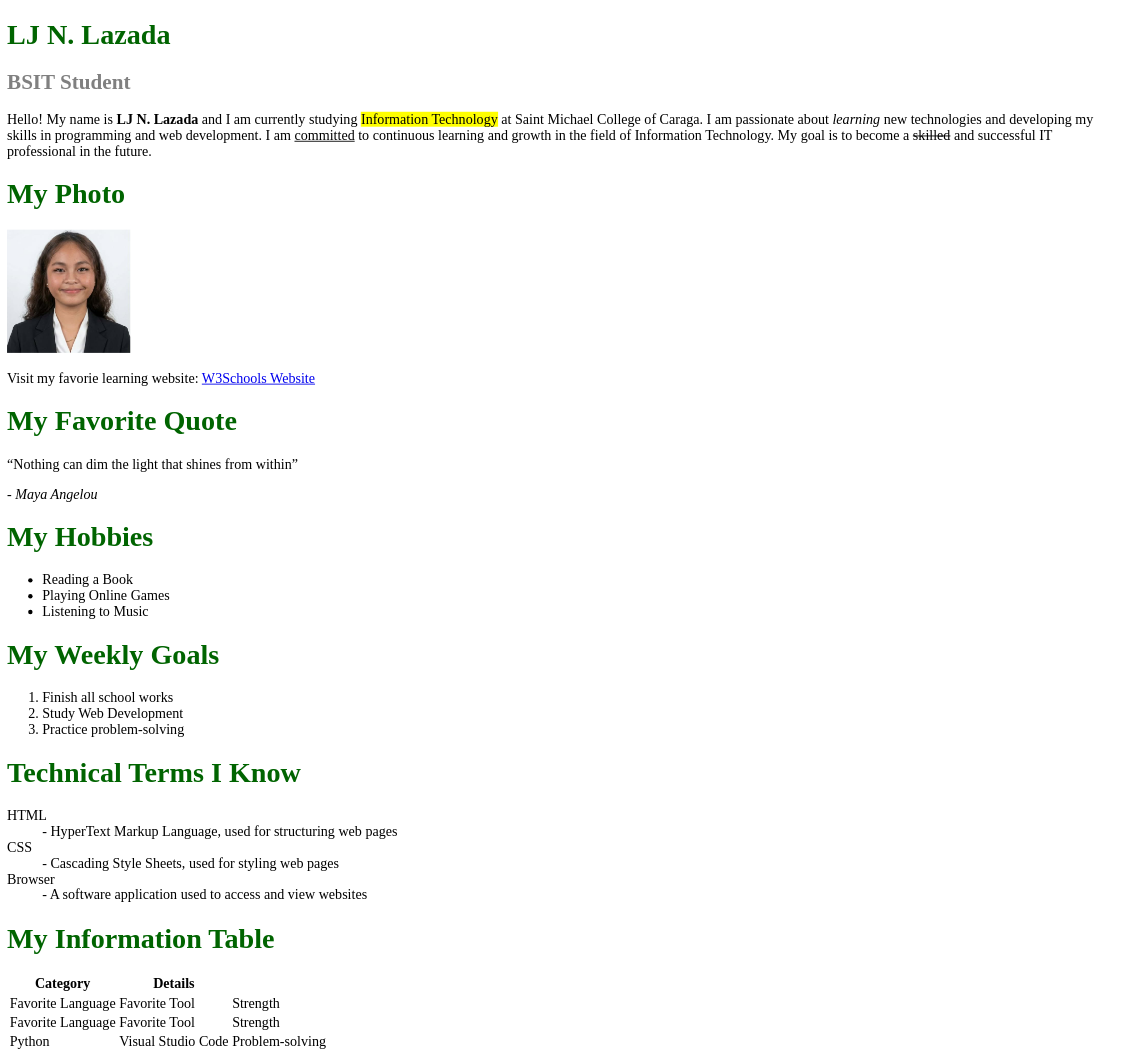
Repository: ljlazada11/myfirsthtml
Page: index.html
The author's editor kept a copy of each file at every save. The page is drawn from the files as they stood at one save, then again after the next save.
The browser window is 1280 px wide. The pictures show the whole page, at 88% of full size.

Above is the page before, as saved 2026-06-24 20:36:26.

### index.html
<!DOCTYPE html>
<html lang="en">
<head>
    <meta charset="UTF-8">
    <meta name="viewport" content="width=device-width, initial-scale=1.0">
    <title>My Personal Web Profile</title>
    <link rel="icon" type="image/x-icon" href="images.png">

</head>
<body>
    <h1 style="color:darkgreen;">LJ N. Lazada</h1>
    <h2 style="color:gray;">BSIT Student</h2>
    <p>Hello! My name is <strong>LJ N. Lazada</strong> and I am currently studying <mark>Information Technology</mark> at Saint Michael College of Caraga. I am passionate about <i>learning</i> new technologies and developing my skills in programming and web development. I am <ins>committed</ins> to continuous learning and growth in the field of Information Technology. My goal is to become a <del>skilled</del> and successful IT professional in the future.</p>
</body>
    <h1 style="color:darkgreen;">My Photo</h1>
    <img src="pic.jpg" alt="My	Profile	Picture" width="140" height="140">
    <p> Visit my favorie learning website: <a href="https://www.w3schools.com/html/default.asp" target="_blank">W3Schools	Website</a></p>

<body>
    <h1 style="color:darkgreen;">My Favorite Quote</h1>
    <p><q>Nothing can dim the light that shines from within</q></p>
    <p><cite>- Maya Angelou</cite></p>
</body>
    <h1 style="color:darkgreen">My Hobbies</h1>
    <ul>
        <li>Reading a Book</li>
        <li>Playing Online Games</li>
        <li>Listening to Music</li>
    </ul>
</body>
    <h1 style="color:darkgreen">My Weekly Goals</h1>
    <ol>
        <li>Finish all school works</li>
        <li>Study Web Development</li>
        <li>Practice problem-solving</li>
    </ol>
<body>
    <h1 style="color:darkgreen">Technical Terms I Know</h1>
    <dl>
        <dt>HTML</dt>
        <dd>- HyperText Markup Language, used for structuring web pages</dd>
        <dt>CSS</dt>
        <dd>- Cascading Style Sheets, used for styling web pages</dd>
        <dt>Browser</dt>
        <dd>- A software application used to access and view websites</dd>
    </dl>
</body>
    <h1 style="color:darkgreen">My Information Table</h1>
<table style="width: 40;%">
  <tr>
    <th>Category</th>
    <th>Details</th>
  </tr>
    <td>Favorite Language</td>
    <td>Favorite Tool</td>
    <td>Strength</td>
  <tr>
    <td>Favorite Language</td>
    <td>Favorite Tool</td>
    <td>Strength</td>
  </tr>
  <tr>
    <td>Python</td>
    <td>Visual Studio Code</td>
    <td>Problem-solving</td>
  </tr>
</table>


</html>

After the next save:
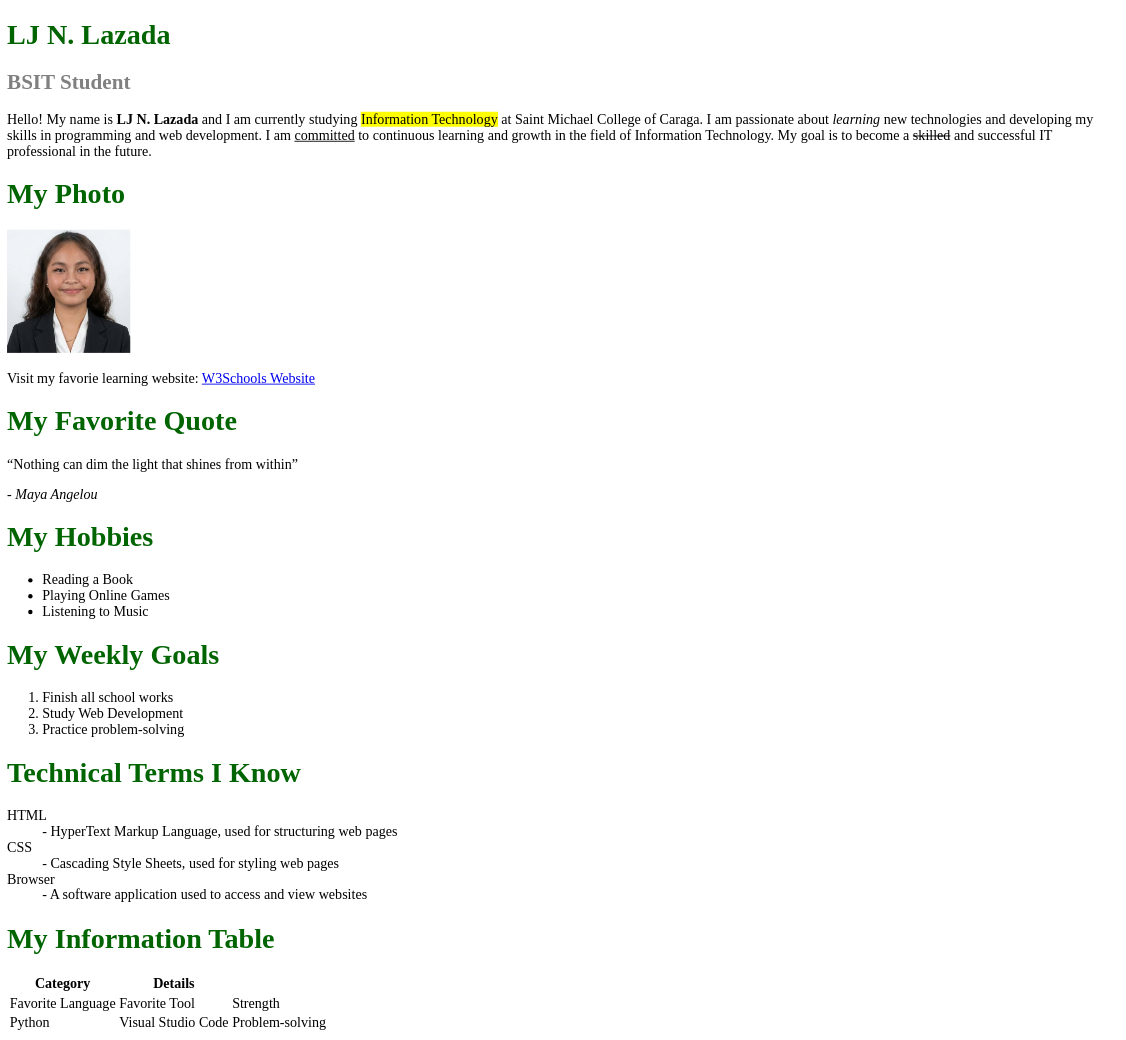
Saved 17 s later.
--- a/index.html
+++ b/index.html
@@ -54,10 +54,6 @@
     <td>Favorite Language</td>
     <td>Favorite Tool</td>
     <td>Strength</td>
-  <tr>
-    <td>Favorite Language</td>
-    <td>Favorite Tool</td>
-    <td>Strength</td>
   </tr>
   <tr>
     <td>Python</td>
